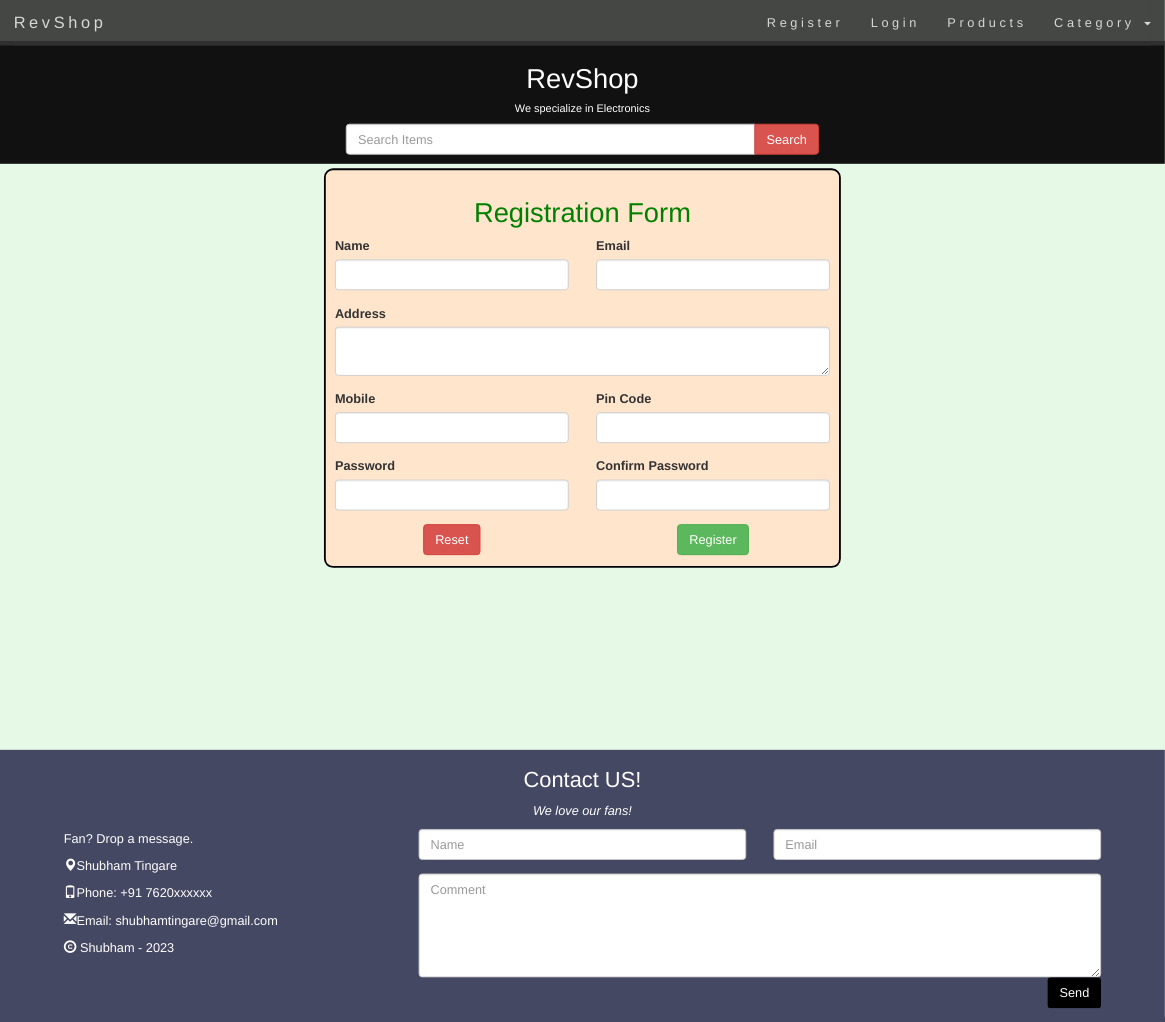
Repository: vilasdasalkar/RevaShop-Project-0
Page: http://localhost/RevShop/register.jsp
These files come from the project's save history. The page is drawn as it stood at one moment and after the next save; the edit follows.
The browser window is 1280 px wide. The pictures show the whole page, at 91% of full size.
The page is served by Tomcat 10.

Above is the page before, as saved 2024-08-30 07:32:23.

After the next save:
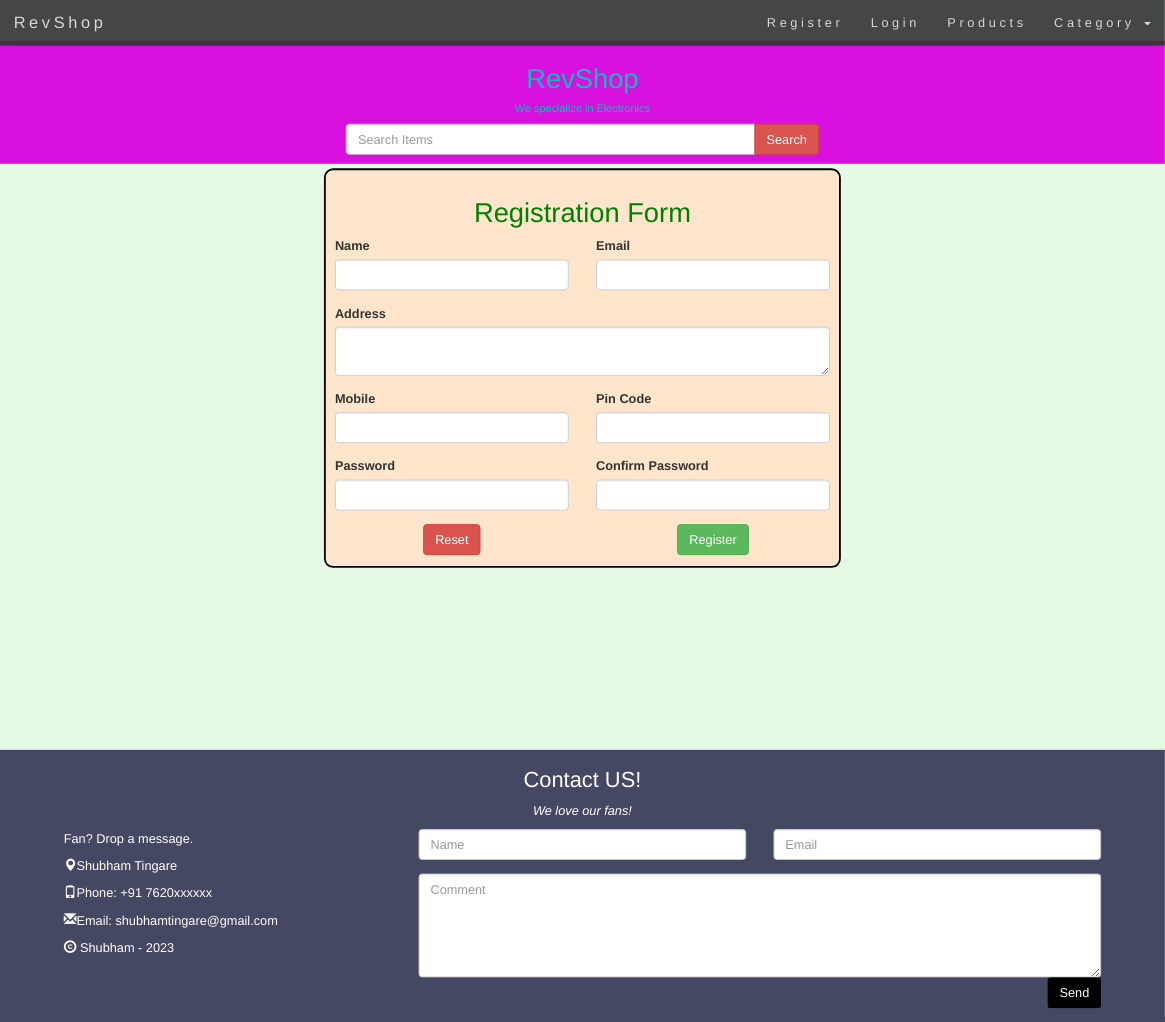
Saved 9 min 10 s later.
--- a/RevShop/src/main/webapp/header.jsp
+++ b/RevShop/src/main/webapp/header.jsp
@@ -18,10 +18,10 @@
 	href="https://cdnjs.cloudflare.com/ajax/libs/font-awesome/4.7.0/css/font-awesome.min.css">
 
 </head>
-<body style="background-color: #ff012f;font-family: Verdana, sans-serif;">
+<body style="background-color: #01ff12;font-family: Verdana, sans-serif;">
 	<!--Company Header Starting  -->
 	<div class="container-fluid text-center"
-		style="margin-top: 45px; background-color: #111; color: white; padding: 5px;">
+		style="margin-top: 45px; background-color: #d811df; color: rgb(16, 186, 186); padding: 5px;">
 		<h2>RevShop</h2>
 		<h6>We specialize in Electronics</h6>
 		<form class="form-inline" action="index.jsp" method="get">
@@ -33,7 +33,7 @@
 				</div>
 			</div>
 		</form>
-		<p align="center"
+		<p align="rigth"
 			style="color: orange; font-weight: bold; margin-top: 5px; margin-bottom: 5px;"
 			id="message"></p>
 	</div>
